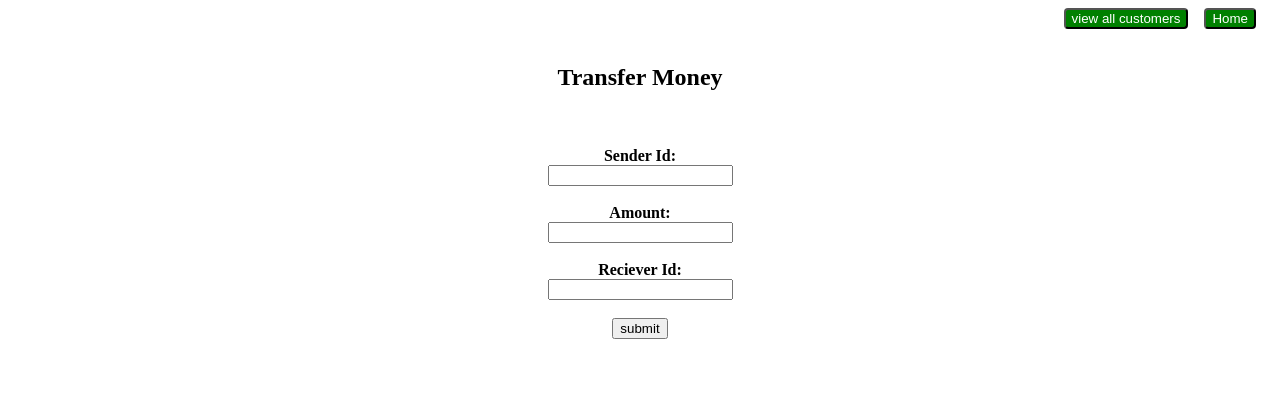
Repository: BarnalaManognaram/sparxintern
Page: sparx_internship/sparx/src/main/webapp/transfer.html
The author's editor kept a copy of each file at every save. The page is drawn from the files as they stood at one save, then again after the next save.
The browser window is 1280 px wide. The pictures show the whole page.

Above is the page before, as saved 2021-09-19 16:31:18.

### sparx_internship/sparx/src/main/webapp/transfer.html
<!DOCTYPE html>
<html>
<head>
<meta charset="ISO-8859-1">
<title>transfer</title>
<link rel="stylesheet" href="home.css">
</head>
<body>
<a href="home.html"><button class="button1">Home</button></a>
<a href="Customer.java"><button class="button1">view all customers</button></a><br><br>
  <center>
  <div class="back">
   <h2>Transfer Money</h2><br><br>
    <b>Sender Id:</b><br><input  type="text" name="sid" /><br><br>
    <b>Amount:</b><br><input  type="text" name="tm"/><br><br>
    <b>Reciever Id:</b><br><input type="text" name="rid"/><br><br>
    <input type="button" value="submit"/><br><br>
    </div>
  </center>
</body>

</html>

### sparx_internship/sparx/src/main/webapp/home.css
@charset "ISO-8859-1";
.button{
	background-color:green;
	color: white;
	border-radius: 8px;
		margin-left:690px;
}
.button1{
	background-color:green;
	color: white;
	border-radius: 4px;
	float: right;
	margin-right:16px;
}
.heading{
	color:green;
}
.bottom{
	background-color:skyblue;
	border-radius: 8px;

}

.table {
  font-family: arial, sans-serif;
  border-collapse: collapse;
  width: 100%;
}

.td {
  border: 1px solid #dddddd;
  text-align: left;
  padding: 8px;
}

.tr:nth-child(even) {
  background-color: #dddddd;
}

After the next save:
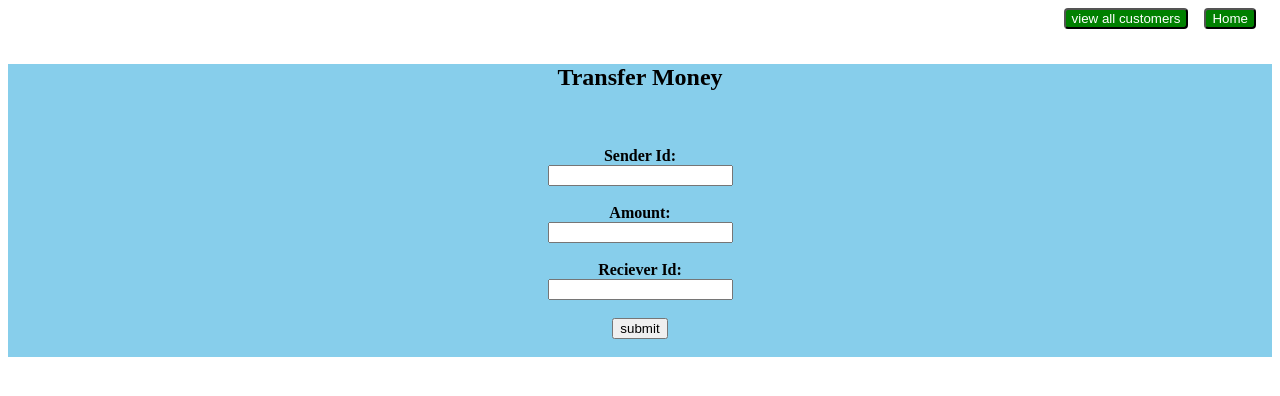
Saved 12 s later.
--- a/sparx_internship/sparx/src/main/webapp/transfer.html
+++ b/sparx_internship/sparx/src/main/webapp/transfer.html
@@ -18,5 +18,8 @@
     </div>
   </center>
 </body>
-
+<style>
+.back{
+	background-color:skyblue;
+}</style>
 </html>
